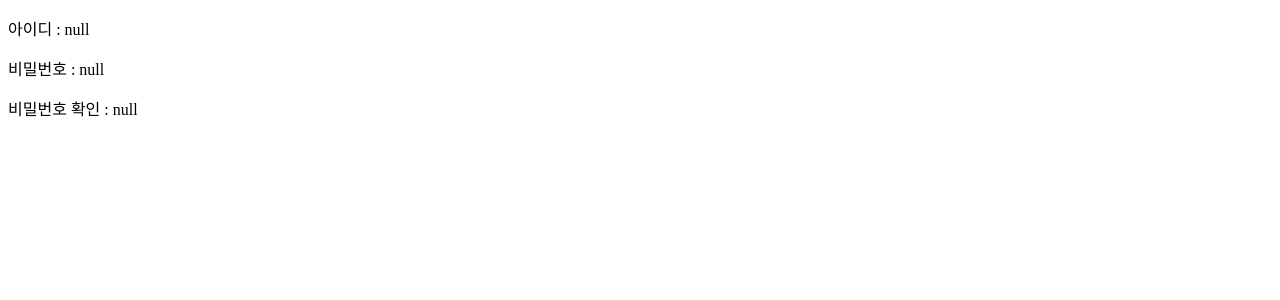
Repository: ZicoPark/Lost-Dev
Page: http://localhost/04_member/result.jsp
An editor plug-in stored every save of this project. The page is shown before and after the next save, followed by the edit.
The browser window is 1280 px wide. The pictures show the whole page.
The page is served by Tomcat 9.

Above is the page before, as saved 2023-02-20 06:12:19.

After the next save:
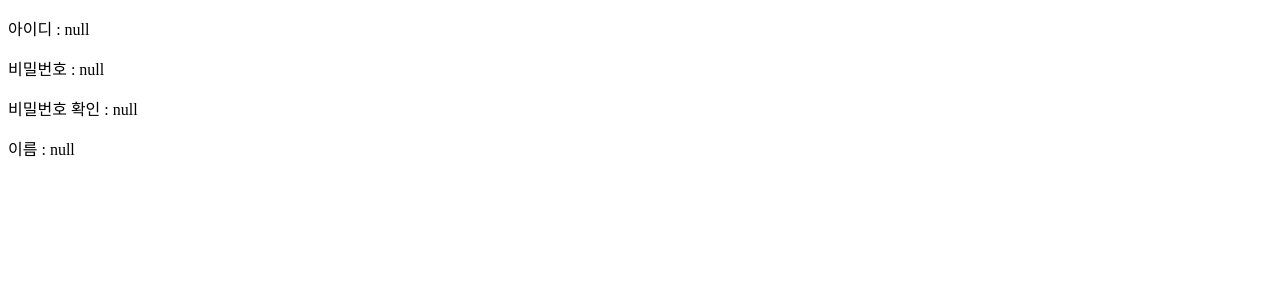
Saved 38 s later.
--- a/JSP/04_member/WebContent/result.jsp
+++ b/JSP/04_member/WebContent/result.jsp
@@ -11,6 +11,7 @@
 	<p>아이디 : <%= request.getParameter("userId") %></p>
 	<p>비밀번호 : <%= request.getParameter("userPw") %></p>
 	<p>비밀번호 확인 : <%= request.getParameter("userPwconfirm") %></p>
+	<p>이름 : <%= request.getParameter("userName") %></p>
 
 </body>
 </html>
